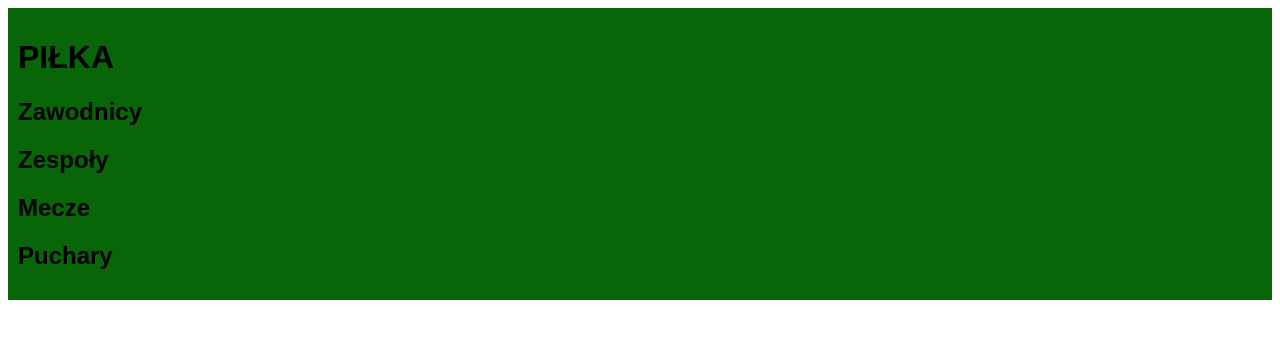
Repository: ZABA78/PAZW
Page: index.html
The author's editor kept a copy of each file at every save. The page is drawn from the files as they stood at one save, then again after the next save.
The browser window is 1280 px wide. The pictures show the whole page.
Some web fonts or font styles are not loaded; a fallback is used.

Above is the page before, as saved 2023-10-17 13:53:54.

After the next save:
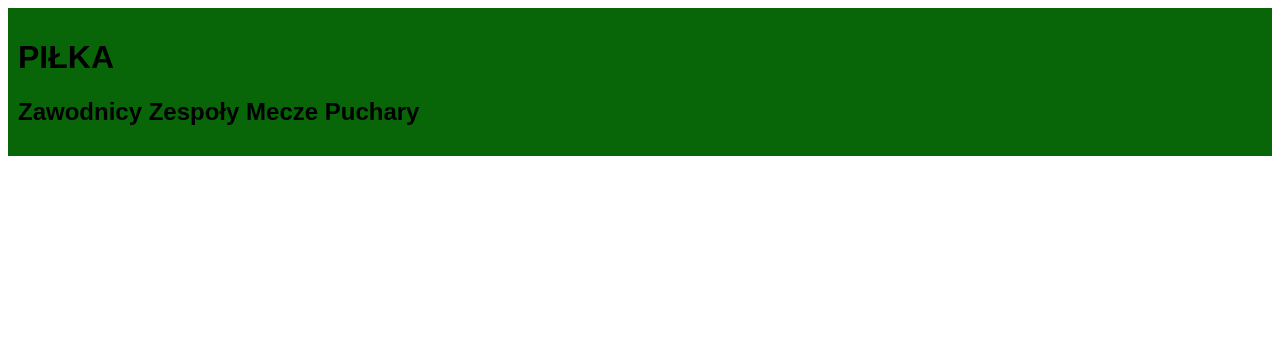
Saved 83 s later.
--- a/index.html
+++ b/index.html
@@ -14,10 +14,10 @@
     <header>
         <!--<img src="pilka.png" alt="logo" class = "logo">--><h1>PIŁKA</h1>
         <nav>
-            <h2>Zawodnicy</h2>
-            <h2>Zespoły</h2>
-            <h2>Mecze</h2>
-            <h2>Puchary</h2>
+            <h2>Zawodnicy
+            Zespoły
+            Mecze
+            Puchary</h2>
         </nav>
     </header>
 </body>
